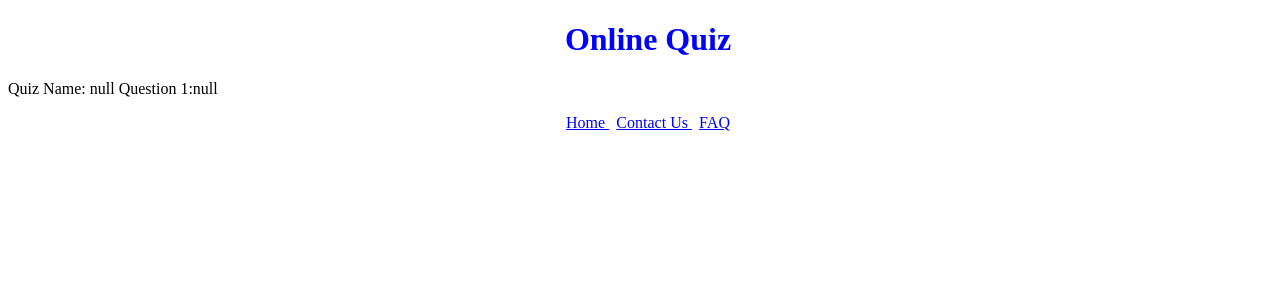
Repository: KaushikVeluruWorld/KaushikJava
Page: http://localhost/OnlineQuiz/viewQuiz.jsp
These files come from the project's save history. The page is drawn as it stood at one moment and after the next save; the edit follows.
The browser window is 1280 px wide. The page is 1288 px wide, so the pictures cover 1288 px, including what lies to the right of the window. The pictures show the whole page.
The page is served by Tomcat 9.

Above is the page before, as saved 2014-12-24 08:02:28.

After the next save:
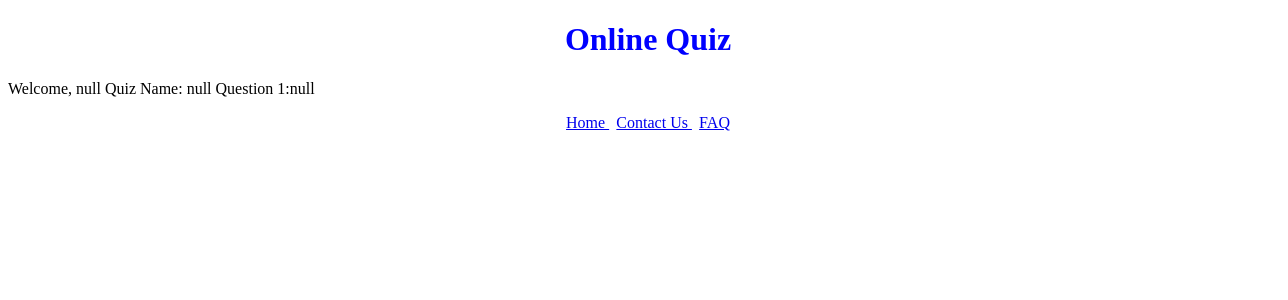
Saved 109 s later.
--- a/Online Quiz Tool/OnlineQuiz/WebContent/viewQuiz.jsp
+++ b/Online Quiz Tool/OnlineQuiz/WebContent/viewQuiz.jsp
@@ -10,7 +10,7 @@
 <body>
 
 <jsp:include page="header.jsp"></jsp:include>
-
+Welcome, <%= session.getAttribute("username") %>
 Quiz Name: <%= request.getParameter("quizname")%>
 Question 1:<%= request.getParameter("qn1")%>
 
